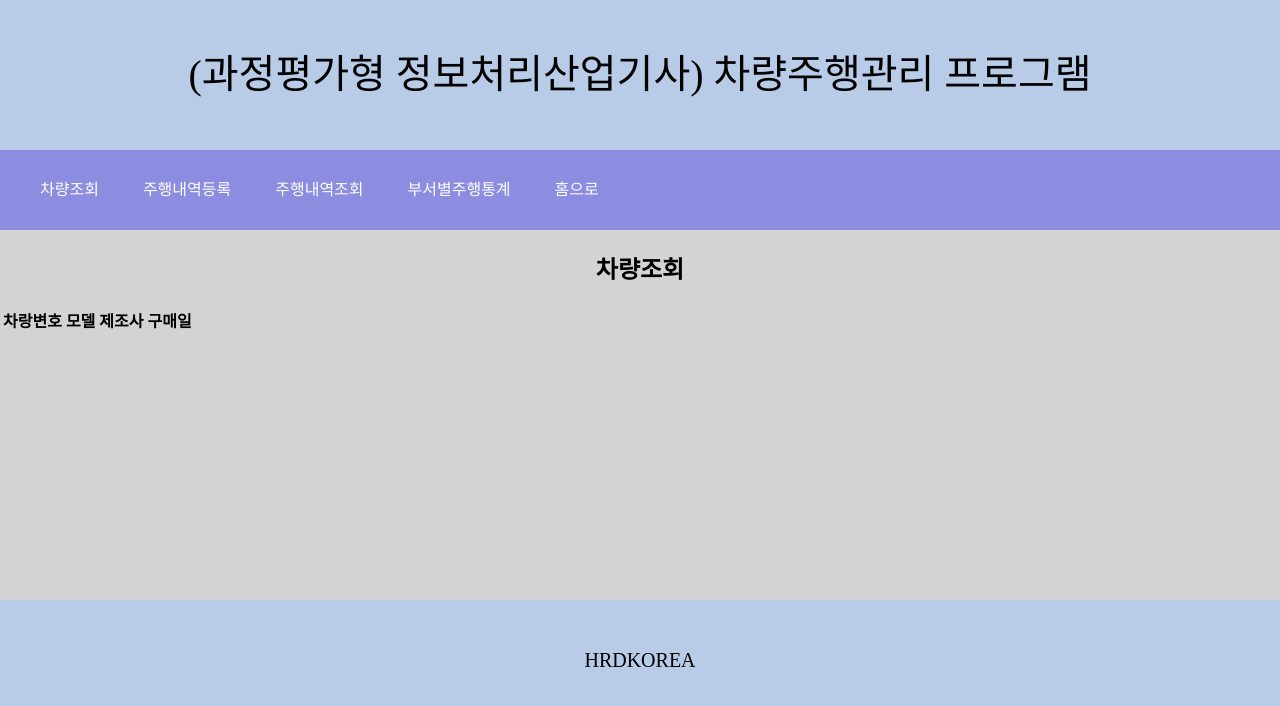
Repository: junhee97/-
Page: http://localhost/HRD_04/c_list.jsp
These files come from the project's save history. The page is drawn as it stood at one moment and after the next save; the edit follows.
The browser window is 1280 px wide. The pictures show the whole page.
The page is served by Tomcat 9.

Above is the page before, as saved 2025-08-14 14:09:39.

After the next save:
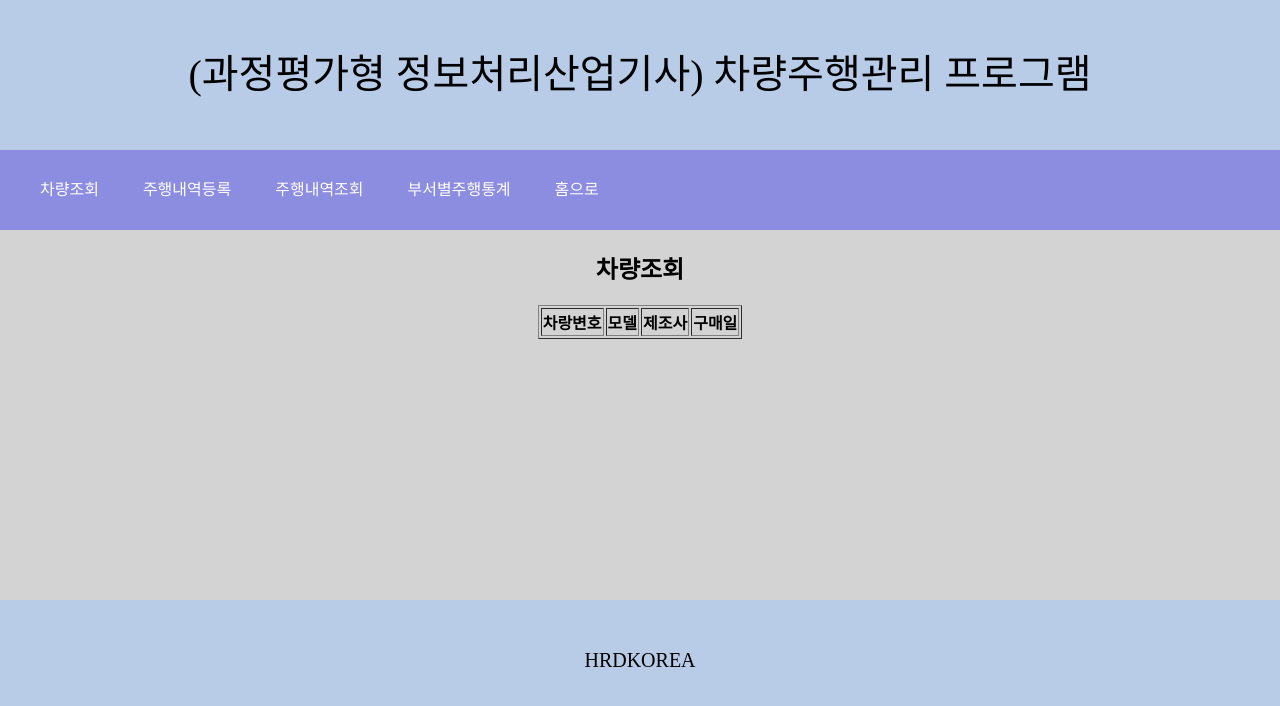
Saved 44 s later.
--- a/HRD_04/WebContent/c_list.jsp
+++ b/HRD_04/WebContent/c_list.jsp
@@ -13,8 +13,8 @@
 <section style="position: fixed; top: 230px; left: 0px; width: 100%; height: 100%; background-color: lightgray;">
 <h2 style="text-align: center;">차량조회</h2>
 
-<form>
-	<table>
+<form style ="display :flex; align-items: center; justify-content: center; text-align: center;">
+	<table border="1">
 		<tr>
 			<th>차랑변호</th>
 			<th>모델</th>
